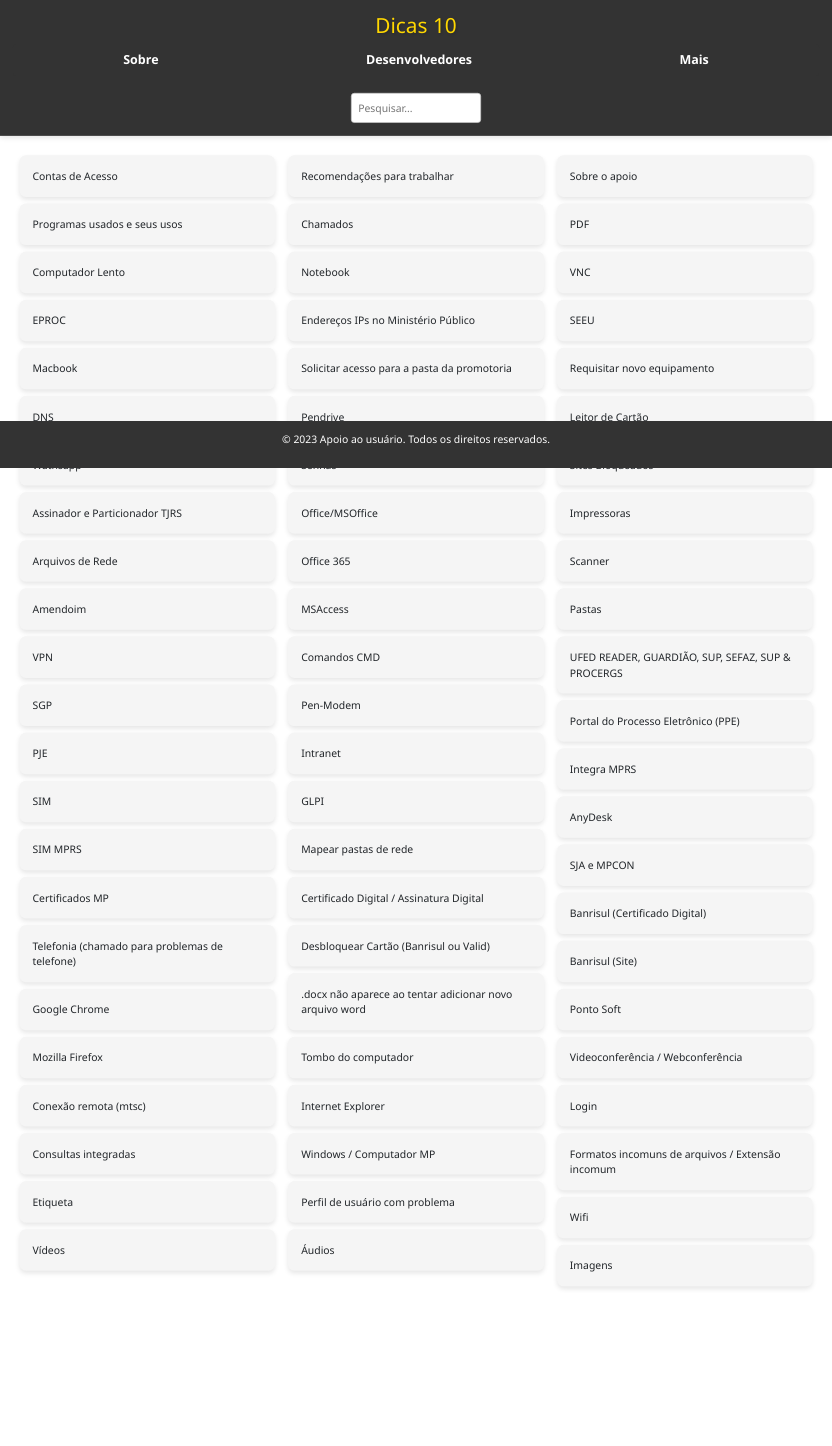
Repository: I4guito/dicasdez
Page: Dicas site/index.html
These files come from the project's save history. The page is drawn as it stood at one moment and after the next save; the edit follows.
The browser window is 1280 px wide. The pictures show the whole page, at 65% of full size.

Above is the page before, as saved 2023-12-11 12:11:46.

After the next save:
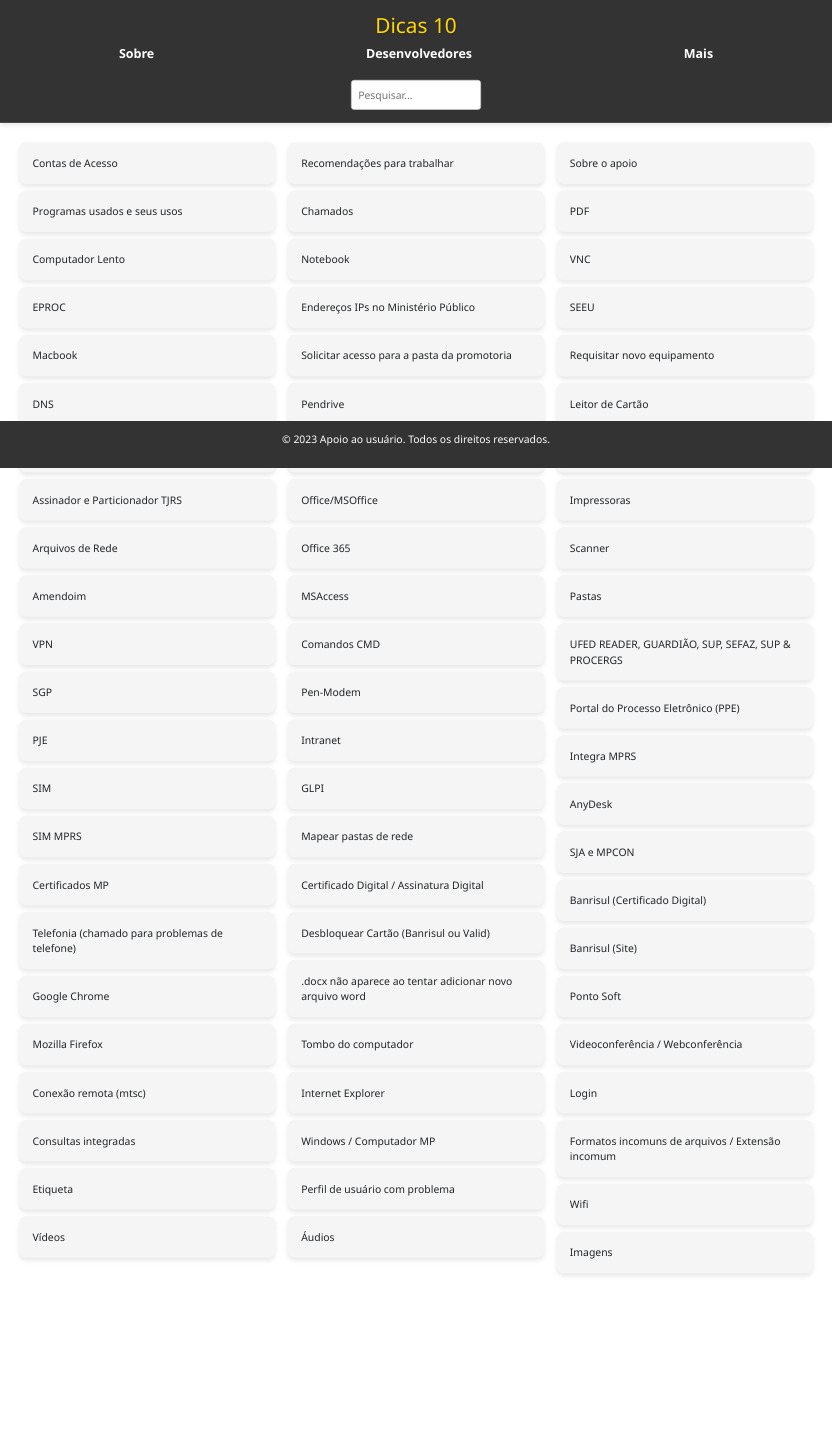
Saved 12 s later.
--- a/Dicas site/styles.css
+++ b/Dicas site/styles.css
@@ -26,9 +26,7 @@
     display: flex;
     justify-content: space-around;
     margin-top: 10px;
-    background-color: #333;
-    padding: 10px;
-    border-radius: 5px;
+
 }
 
 nav a {

After the save that followed:
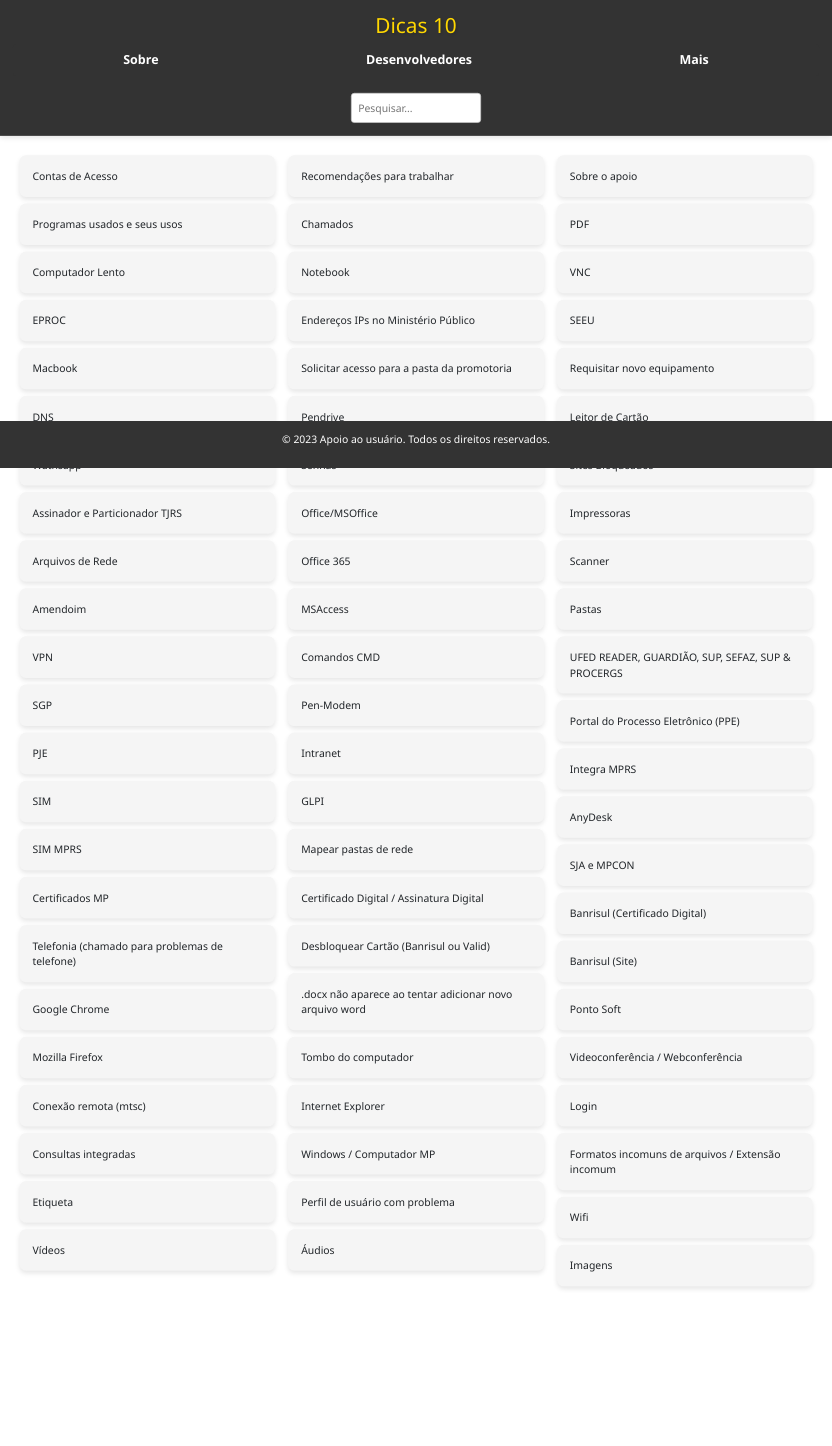
Saved 7 s later.
--- a/Dicas site/styles.css
+++ b/Dicas site/styles.css
@@ -26,7 +26,9 @@
     display: flex;
     justify-content: space-around;
     margin-top: 10px;
-
+    background-color: #333;
+    padding: 10px;
+    border-radius: 5px;
 }
 
 nav a {
